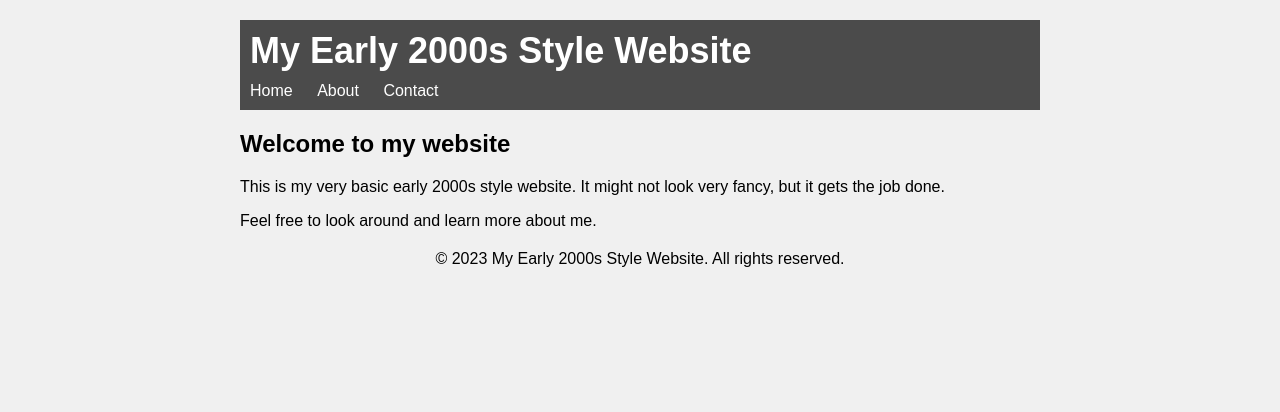
Repository: RennarDeer/RenDev
Page: index.html
The author's editor kept a copy of each file at every save. The page is drawn from the files as they stood at one save, then again after the next save.
The browser window is 1280 px wide. The pictures show the whole page.

Above is the page before, as saved 2023-02-14 19:14:47.

After the next save:
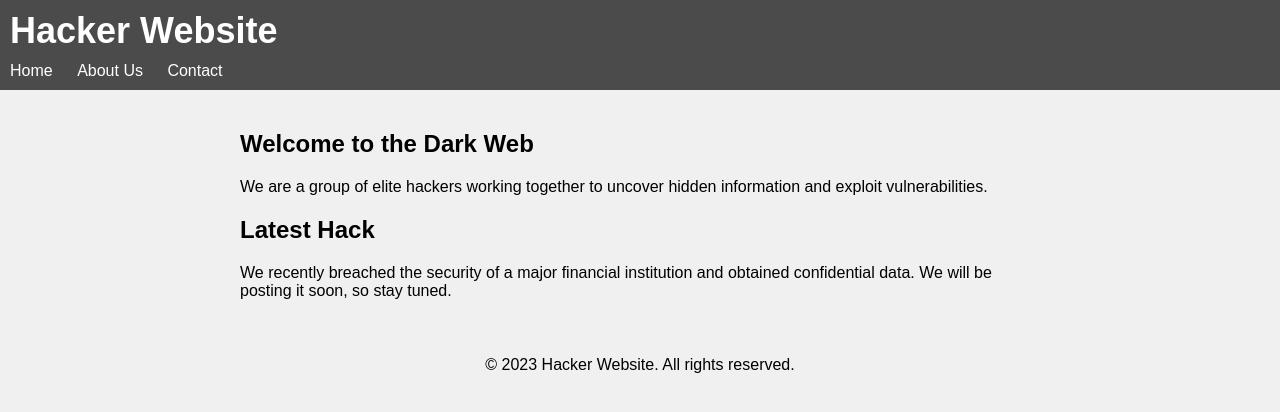
Saved 3 min 0 s later.
--- a/index.html
+++ b/index.html
@@ -1,31 +1,35 @@
 <!DOCTYPE html>
 <html>
 <head>
-	<title>My Early 2000s Style Website</title>
+	<title>Hacker Website</title>
 	<link rel="stylesheet" type="text/css" href="style.css">
 </head>
 <body>
+	<header>
+		<h1>Hacker Website</h1>
+		<nav>
+			<ul>
+				<li><a href="#">Home</a></li>
+				<li><a href="#">About Us</a></li>
+				<li><a href="#">Contact</a></li>
+			</ul>
+		</nav>
+	</header>
+
 	<div id="container">
-		<header>
-			<h1>My Early 2000s Style Website</h1>
-			<nav>
-				<ul>
-					<li><a href="#">Home</a></li>
-					<li><a href="#">About</a></li>
-					<li><a href="#">Contact</a></li>
-				</ul>
-			</nav>
-		</header>
+		<div id="intro">
+			<h2>Welcome to the Dark Web</h2>
+			<p>We are a group of elite hackers working together to uncover hidden information and exploit vulnerabilities.</p>
+		</div>
 
 		<div id="content">
-			<h2>Welcome to my website</h2>
-			<p>This is my very basic early 2000s style website. It might not look very fancy, but it gets the job done.</p>
-			<p>Feel free to look around and learn more about me.</p>
+			<h2>Latest Hack</h2>
+			<p>We recently breached the security of a major financial institution and obtained confidential data. We will be posting it soon, so stay tuned.</p>
 		</div>
+	</div>
 
-		<footer>
-			<p>&copy; 2023 My Early 2000s Style Website. All rights reserved.</p>
-		</footer>
-	</div>
+	<footer>
+		<p>&copy; 2023 Hacker Website. All rights reserved.</p>
+	</footer>
 </body>
 </html>
